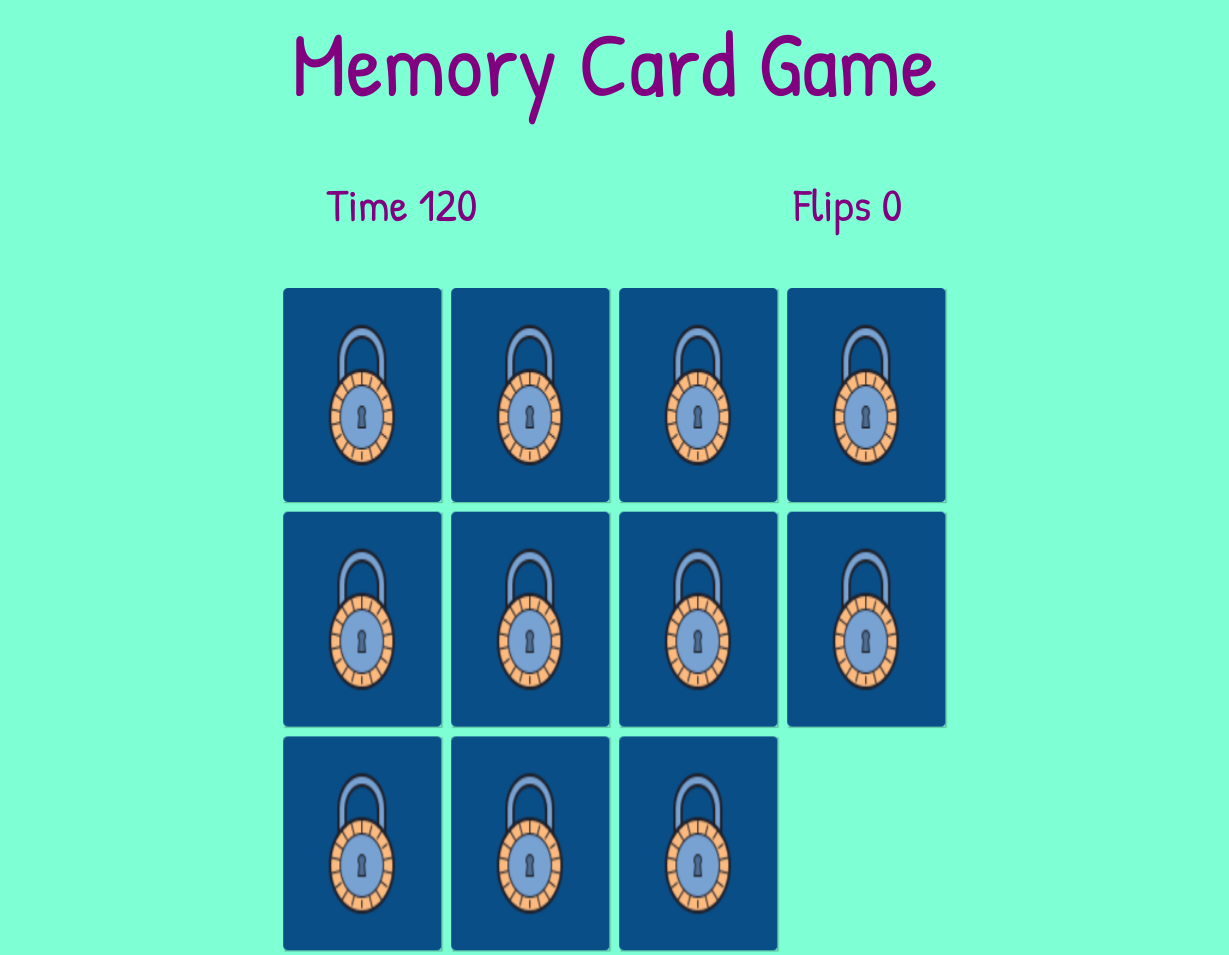
Repository: claudiadanaila1/Project-2--Interactive-FrontEnd---Memory-game
Page: index.html
The author's editor kept a record of every edit. The page is drawn from the files as they stood at one moment, then again after the next edit.
The browser window is 1280 px wide. The pictures show the whole page, at 96% of full size.

Above is the page before.

After the next edit:
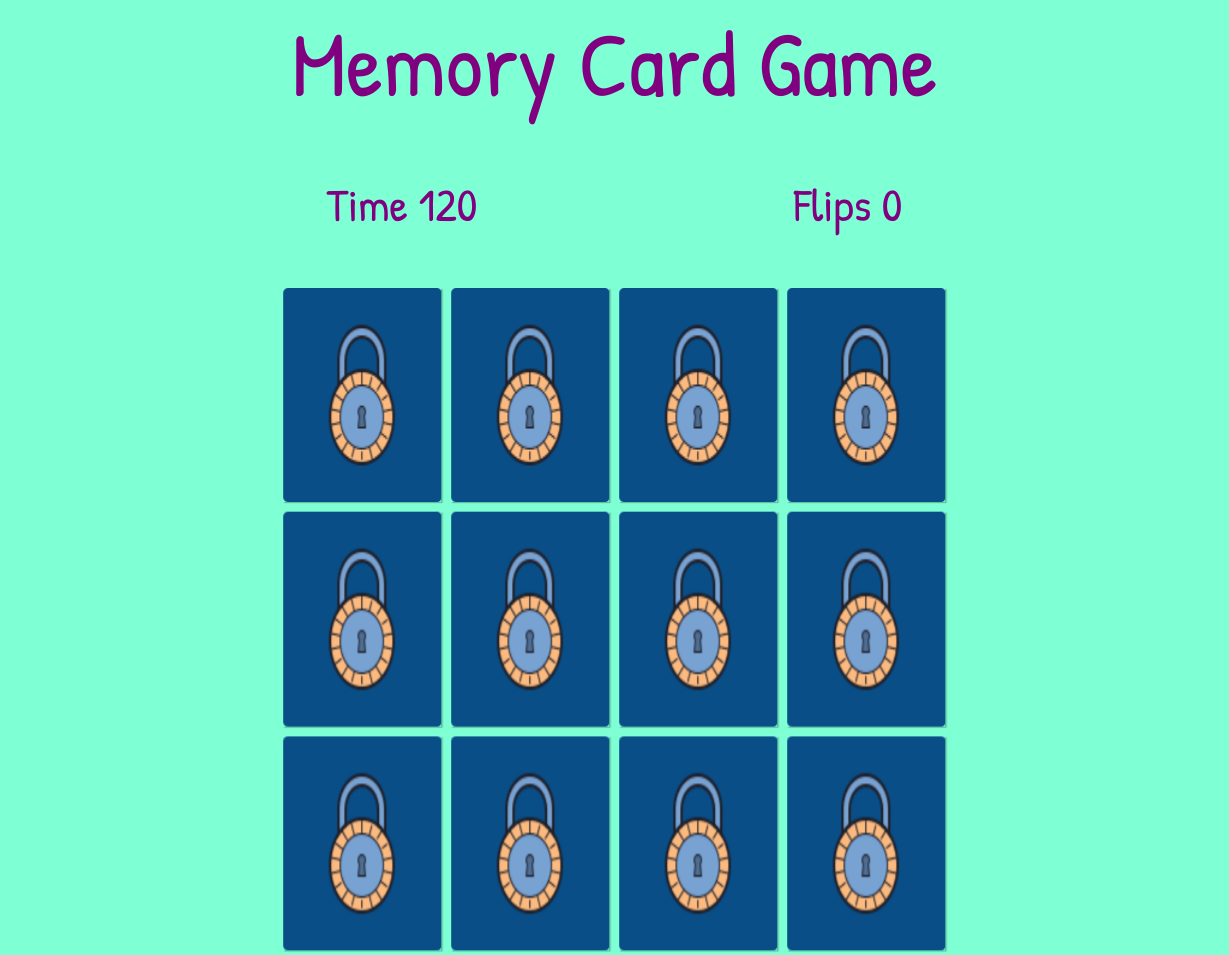
The edit:
--- a/index.html
+++ b/index.html
@@ -49,6 +49,10 @@
           <img class="card-back"  src="assets/images/icon8-lock.png" alt="lock" />
       </div>
       <div class="memory-card">
+          <img class="card-front" src="assets/images/jelly4.jpg" alt="jelly-fish"/>
+          <img class="card-back"  src="assets/images/icon8-lock.png" alt="lock" />
+      </div>
+      <div class="memory-card">
           <img class="card-front" src="assets/images/jelly5.jpg" alt="jelly-fish"/>
           <img class="card-back"  src="assets/images/icon8-lock.png" alt="lock" />
       </div>
